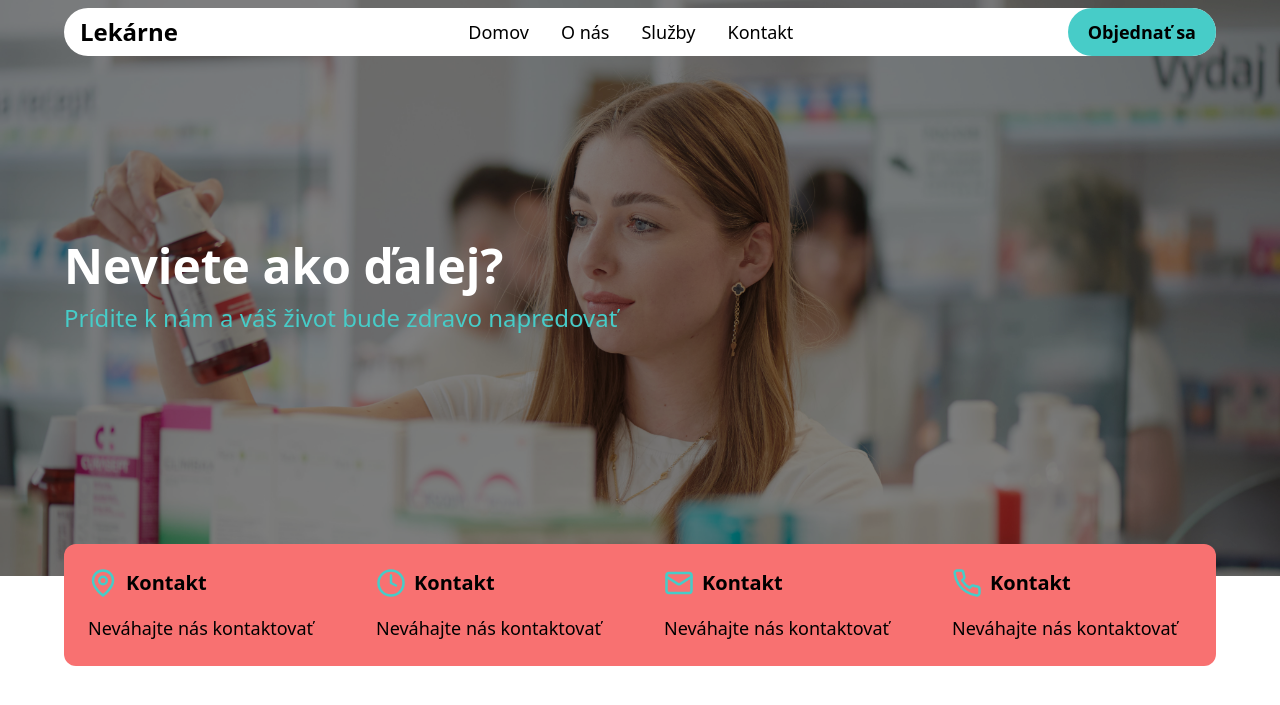
Repository: SimonSkoda13/Lekaren
Page: /
An editor plug-in stored every save of this project. The page is shown before and after the next save, followed by the edit.
The browser window is 1280 px wide. The pictures show the whole page.
The project was rebuilt for these pictures with package versions that can differ from the ones it lists, and the page was loaded fresh each time. The framework's server and built-in components were replaced by stand-ins that run in the browser. Also part of the build but not shown: next.config.js.

Above is the page before, as saved 2023-04-22 17:57:33.

After the next save:
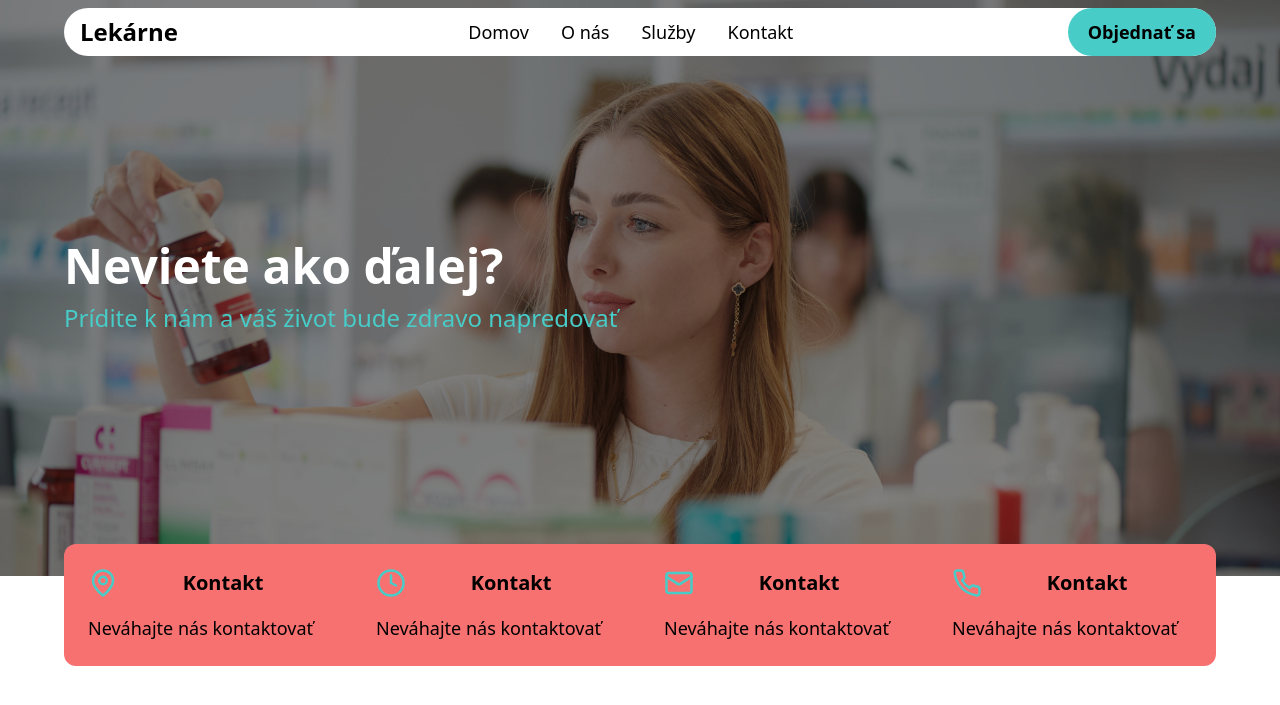
Saved 27 s later.
--- a/src/app/components/Contact/Contact.tsx
+++ b/src/app/components/Contact/Contact.tsx
@@ -23,7 +23,7 @@ export const Contact = (props: ContactProps) => {
             width={100}
             height={100}
           /> */}
-            <div className="flex flex-row gap-2 items-center justify-between">
+            <div className="flex w-full flex-row gap-2 items-center justify-between">
               {item.icon}
               <h2 className="text-xl font-bold">{item.title}</h2>
               <div></div>

After the save that followed:
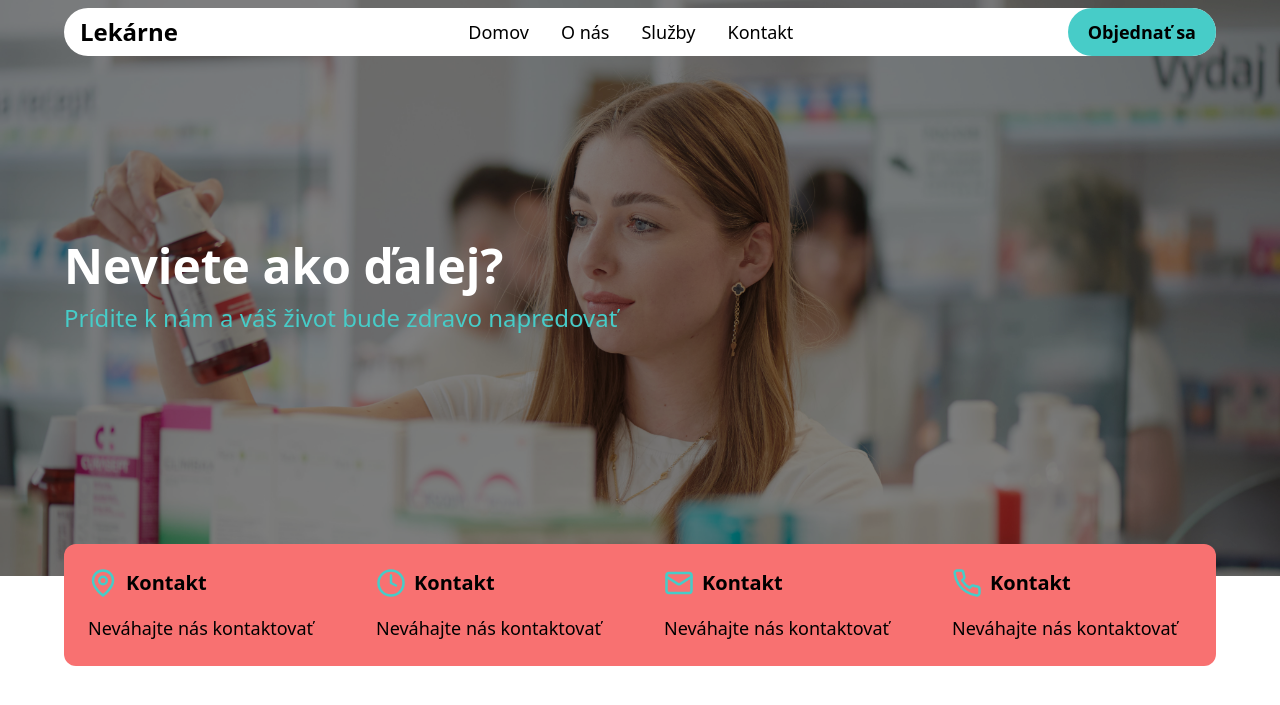
Saved 31 s later.
--- a/src/app/components/Contact/Contact.tsx
+++ b/src/app/components/Contact/Contact.tsx
@@ -23,7 +23,7 @@ export const Contact = (props: ContactProps) => {
             width={100}
             height={100}
           /> */}
-            <div className="flex w-full flex-row gap-2 items-center justify-between">
+            <div className="flex w-full flex-row gap-2 items-center text-center">
               {item.icon}
               <h2 className="text-xl font-bold">{item.title}</h2>
               <div></div>
